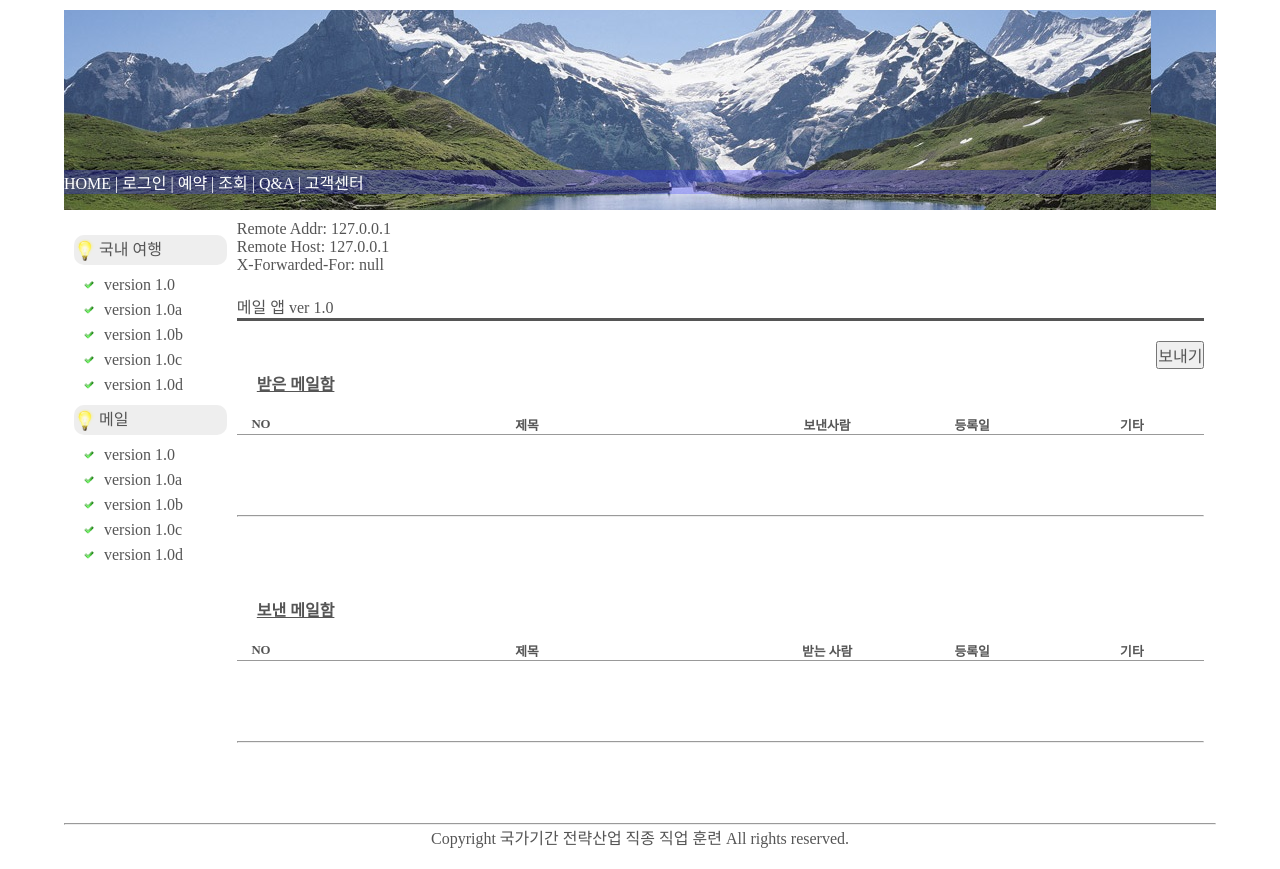
Repository: jangky000/ai_web
Page: http://localhost/blog_v2jc/mail_app/list.jsp
The author's editor kept a copy of each file at every save. The page is drawn from the files as they stood at one save, then again after the next save.
The browser window is 1280 px wide. The pictures show the whole page.
The page is served by Tomcat 9. Other server files are loaded and not shown. Queries for data that is not in the repository find no rows.

Above is the page before, as saved 2020-03-27 06:53:25.

### ws__frame/blog_v2jc/WebContent/mail_app/list.jsp
<%@ page contentType="text/html; charset=UTF-8" %>

<!-- MySQL에서 DBMS에 연결할때 쓰던 import 패키지와 구성이 같다. -->
 <!-- MovieDAO2.java 참조 -->
<%@ page import="java.sql.Connection" %>
<%@ page import=" java.sql.DriverManager" %>
<%@ page import="java.sql.PreparedStatement" %>
<%@ page import="java.sql.ResultSet" %>
<%@ page import="java.sql.SQLException" %>

<%
request.setCharacterEncoding("utf-8");
String root = request.getContextPath();
%>

<%
// 필요 변수 선언
Connection con = null;              // DBMS 연결
PreparedStatement pstmt = null; // SQL 실행
ResultSet rs = null;                   // SELECT 결과를 저장
StringBuffer sql = null;              // SQL 문장
int count = 0;                         // 처리된 레코드 갯수

// MYSQL
// String className = "org.gjt.mm.mysql.Driver"; // MySQL 연결 Driver
// String url = "jdbc:mysql://172.16.12.4:3306/javadb?useUnicode=true&characterEncoding=euckr"; //데이터베이스 javadb 사용

//Oracle, jdbc 연결
String className = "oracle.jdbc.driver.OracleDriver"; // Oracle 연결 Driver
String url = "jdbc:oracle:thin:@127.0.0.1:1521:XE"; //XE -> soldesk 등으로 달라질 수 있다.

String user = "ai6";
String password = "1234";
%>

<!DOCTYPE html>
<html lang="ko">
<head>
<meta charset="UTF-8">
<title>메일 앱</title>
<link href="<%=root%>/css/style.css" rel="Stylesheet" type="text/css">
</head>
<body>
<jsp:include page="/menu/top.jsp" flush='false' />

<%
out.print("<p>Remote Addr: " + request.getRemoteAddr() + "</p>");
out.print("<p>Remote Host: " + request.getRemoteHost() + "</p>");
out.print("<p>X-Forwarded-For: " + request.getHeader("x-forwarded-for") + "</p>");
%>

  <div class="title_line">메일 앱 ver 1.0</div>
  <div class="sub_menu">
    <button type="button" onclick="location.href='./create_form.jsp'">보내기</button>
  </div>
  <table class="table_basic">
    <caption style="text-align: left; margin: 0 0 20px 20px; text-decoration: underline;"><h2>받은 메일함</h2></caption>
    <colgroup>
      <col style="width: 5%;">
      <col style="width: 50%;">
      <col style="width: 12%;">
      <col style="width: 18%;">
      <col style="width: 15%;">
    </colgroup>
    <thead>
      <tr>
        <th class="th_basic">NO</th>
        <th class="th_basic">제목</th>
        <th class="th_basic">보낸사람</th>
        <th class="th_basic">등록일</th>
        <th class="th_basic">기타</th>
      </tr>
    </thead>
    <tbody>
      <%
      try {
        Class.forName(className);
        con = DriverManager.getConnection(url, user, password );

        sql = new StringBuffer();
        sql.append(" SELECT mailno, title, content, mail_from, mail_to, rdate");
        sql.append(" FROM mail_app");
        sql.append(" ORDER BY mailno DESC");

        pstmt = con.prepareStatement(sql.toString());

        rs = pstmt.executeQuery(); // SELECT문 실행: executeQuery() : return ResultSet 타입

        int n = 0;
        while(true) {
          if(rs.next() == true) {
            System.out.println(rs.getInt("mailno"));
            %>
            <tr>
              <td class="td_basic"><%= rs.getInt("mailno")%></td>
              <td class="td_left"><a href="./read.jsp?mailno=<%= rs.getInt("mailno")%>"><%= rs.getString("title")%></a></td>
              <td class="td_basic"><%= rs.getString("mail_from")%></td>
              <td class="td_basic"><%= rs.getString("rdate")%></td>
              <td class="td_basic">수정/삭제</td>
            </tr>
            <%
          }
          else {
            break;
          }
        }

      } catch (SQLException e) {
        System.out.println("SQL 실행 중 예외 발생");
        e.printStackTrace();
      } catch (ClassNotFoundException e) {
        System.out.println("JDBC 드라이버가 없습니다.");
        e.printStackTrace();
      } finally {
        try{ if (rs != null){ rs.close(); } }catch(Exception e){ }
        try{ if (pstmt != null){ pstmt.close(); } }catch(Exception e){ }
        try{ if (con != null){ con.close(); } }catch(Exception e){ }
      }
      %>
    </tbody>
  </table>

  <hr style="margin: 80px 0;">

  <table class="table_basic">
    <caption style="text-align: left; margin: 0 0 20px 20px; text-decoration: underline;"><h2>보낸 메일함</h2></caption>
    <colgroup>
      <col style="width: 5%;">
      <col style="width: 50%;">
      <col style="width: 12%;">
      <col style="width: 18%;">
      <col style="width: 15%;">
    </colgroup>
    <thead>
      <tr>
        <th class="th_basic">NO</th>
        <th class="th_basic">제목</th>
        <th class="th_basic">받는 사람</th>
        <th class="th_basic">등록일</th>
        <th class="th_basic">기타</th>
      </tr>
    </thead>
    <tbody>
      <%
      try {
        Class.forName(className);
        con = DriverManager.getConnection(url, user, password );

        sql = new StringBuffer();
        sql.append(" SELECT mailno, title, content, mail_from, mail_to, rdate");
        sql.append(" FROM mail_app");
        sql.append(" ORDER BY mailno DESC");

        pstmt = con.prepareStatement(sql.toString());

        rs = pstmt.executeQuery(); // SELECT문 실행: executeQuery() : return ResultSet 타입

        int n = 0;
        while(true) {
          if(rs.next() == true) {
            System.out.println(rs.getInt("mailno"));
            %>
            <tr>
              <td class="td_basic"><%= rs.getInt("mailno")%></td>
              <td class="td_left"><a href="./read.jsp?mailno=<%= rs.getInt("mailno")%>"><%= rs.getString("title")%></a></td>
              <td class="td_basic"><%= rs.getString("mail_from")%></td>
              <td class="td_basic"><%= rs.getString("rdate")%></td>
              <td class="td_basic">수정/삭제</td>
            </tr>
            <%
          }
          else {
            break;
          }
        }

      } catch (SQLException e) {
        System.out.println("SQL 실행 중 예외 발생");
        e.printStackTrace();
      } catch (ClassNotFoundException e) {
        System.out.println("JDBC 드라이버가 없습니다.");
        e.printStackTrace();
      } finally {
        try{ if (rs != null){ rs.close(); } }catch(Exception e){ }
        try{ if (pstmt != null){ pstmt.close(); } }catch(Exception e){ }
        try{ if (con != null){ con.close(); } }catch(Exception e){ }
      }
      %>
    </tbody>
  </table>

 <hr style="margin: 80px 0;">

<jsp:include page="/menu/bottom.jsp" flush='false' />
</body>
</html>
</html>

### ws__frame/blog_v2jc/WebContent/menu/top.jsp
<%@ page contentType="text/html; charset=UTF-8" %>
<!-- jsp: include를 사용했기 때문에 root로 인한 충돌이 발생하지 않는다. -->
<% String root = request.getContextPath(); %>

<DIV class='container'>
  <DIV class='top_img'>
    <NAV class="top_menu">
      <a href="<%=root %>" class="menu_link">HOME</a> | 로그인 | 예약 | 조회 | Q&A | 고객센터
    </NAV>
  </DIV>

  <DIV style='margin-top: 10px;'> <!-- 좌측 메뉴 + 내용 시작 -->
    <DIV class='left_menu'> <!--  좌측 메뉴 시작 -->
      <div class="li_left_menu_1" >국내 여행</div>
      <UL>
         <!-- 모든 위치에서 동일한 주소를 찾아야하므로, 절대 경로로 설정 -->
        <LI class="li_left_menu_2"><a href="<%= request.getContextPath() %>/notice1/list.jsp">version 1.0</a></LI>
        <LI class="li_left_menu_2"><a href="<%= request.getContextPath() %>/notice1a/list.jsp">version 1.0a</a></LI>
        <LI class="li_left_menu_2"><a href="<%= request.getContextPath() %>/notice1b/list.jsp">version 1.0b</a></LI>
        <LI class="li_left_menu_2"><a href="<%= request.getContextPath() %>/notice1c/list.jsp">version 1.0c</a></LI>
        <LI class="li_left_menu_2"><a href="<%= request.getContextPath() %>/notice1d/list.jsp">version 1.0d</a></LI>
      </UL>
      <!-- br을 쓰는 것보다 margin으로 여백을 주는 것이 낫다 -->
      <div class="li_left_menu_1">메일</div>
      <UL>
        <LI class="li_left_menu_2"><a href="<%= request.getContextPath() %>/mail_app/list.jsp">version 1.0</a></LI>
        <LI class="li_left_menu_2"><a href="<%= request.getContextPath() %>/mail_app1a/list.jsp">version 1.0a</a></LI>
        <LI class="li_left_menu_2"><a href="<%= request.getContextPath() %>/mail_app1b/list.jsp">version 1.0b</a></LI>
        <LI class="li_left_menu_2"><a href="<%= request.getContextPath() %>/mail_app1c/list.jsp">version 1.0c</a></LI>
        <LI class="li_left_menu_2"><a href="<%= request.getContextPath() %>/mail_app1d/list.jsp">version 1.0d</a></LI>
      </UL>

    </DIV>  <!--  좌측 메뉴 종료 -->

    <DIV class='content_body'> <!--  내용 시작 -->

### ws__frame/blog_v2jc/WebContent/menu/bottom.jsp
<%@ page contentType="text/html; charset=UTF-8" %>

    </DIV> <!-- 내용 종료 -->
  </DIV> <!-- 좌측 메뉴 + 내용 종료 -->

  <!-- 화면 하단 메뉴 -->
  <DIV class='copyright'>
    <HR>
    Copyright 국가기간 전략산업 직종 직업 훈련 All rights reserved.
  </DIV>

</DIV> <!-- 컨테이너 종료 -->

### ws__frame/blog_v2jc/WebContent/css/style.css
/* ver 0.2 */
/* 모든 태그에 적용 */
  *{
     font-family: Malgun Gothic;
     font-size: 16px;
     margin: 0px;  /* top right bottom left */
     padding: 0px;
     color: #555555;
  }

  .container {
    width: 90%;
    margin: 10px auto;
  }

  /*
  이미지 경로 지정
  권장하지 않는 방법(절대경로): background-image: url('/blog_v2jc/css/images/top_image.jpg');
  권장하는 방법(상대경로): background-image: url('./images/top_image.jpg');
  style.css 파일이 include(link)되는 폴더를 현재 폴더로 인식함
  /blog_v2jc/css/style.css에서 사용
  /blog_v2jc/css/images/top_image.jpg 인식
   */
  .top_img {
    width: 100%;
    height: 200px;
    /* background-image: url('/blog_v2jc/menu/images/top_image.jpg'); */
    background-image: url('./images/top_image.jpg');
  }

  .top_menu {
    position: relative;  /* 부모 태그 기준 화면 상단 기준 */
    top: 80%;
    /* left: 2px;  */
    background-color: rgba(50, 50, 255, 0.3);
    color: white;
  }

  .left_menu {
    width: 15%;
    float: left;
  }

  .content_body {
    width: 84%;
    float: left;
  }

  .content_bottom {

  }

  .bottom_menu {
    text-align: center;
    margin: 20px auto;
    clear: both;
  }

  .copyright {
    text-align: center;
    margin: 20px auto; /* 블럭 가운데 정렬 */
    clear: both; /*  float: left; 해제 float 효과를 제거 */
  }

  .li_warning{/* 경고 메시지 */
    list-style: none;
    margin: 15px 10px;
    color: #ff6600;
  }

  .li_error{ /* 에러 메시지 */
    list-style: none;
    margin: 15px 10px;
    color: #FF0000;
  }

  .li_none{
    list-style: none;
    margin: 15px 10px;
  }

  .fieldset_basic{
    width:90%;
    margin:10px auto;
    border-top: none;
    border-right: none;
    border-bottom: none;
    border-left: none;
    padding: 10px;
  }

  .legend_basic{
    margin-left:30px;
    border:solid 1px #999999;
    background-color: #A6C2FF;
    color:#FFFFFF;
  }

  input:focus {outline:none;}
  .input_basic{
    border-top: none;
    border-right: none;
    border-bottom: solid 1px #999999;
    border-left: none;
  }

  .title_line{
    text-align:left;
    /* text-decoration: underline; */
    border-bottom: solid 3px #555555;
    width: 100%;
    margin: 20px auto;

  }

  .sub_menu{
    text-align: right;
    width: 100%;
  }

  .table_basic{
    border-collapse: collapse; /* 셀 합치기 */
    margin: 2px auto;
    width: 100%;
  }

  /*
    1em 기본값: 16px, 주변 태그의 글자 크기를 1em으로 인식
    div 태그가 20px일 경우 자식 태그가 0.5em이면 최종적으로 10px이 적용됨.
  */
  .th_basic{
    font-size: 0.8em;
    border-bottom: solid 1px #999999;
  }

  .td_basic{
    background-color: #ffffff;

    border-top: none;
    border-right: none;
    border-bottom: solid 1px #dddddd;
    border-left: none;

    text-align: center;
  }

  .td_left{
    background-color: #ffffff;

    border-top: none;
    border-right: none;
    border-bottom: solid 1px #dddddd;
    border-left: none;

    text-align: left;
  }

  A:link{  /* 방문전 상태 */
    text-decoration: none; /* 밑줄 삭제 */
    color: #555555;
  }

  A:visited{  /* 방문후 상태 */
    text-decoration: none; /* 밑줄 삭제 */
    color: #555555;
  }

  A:hover{  /* A 태그에 마우스가 올라간 상태 */
    text-decoration: underline; /* 밑줄 출력 */
    color: #7777FF;
  }

  A:active{  /* A 태그를 클릭한 상태 */
    text-decoration: underline; /* 밑줄 출력 */
    color: #7777FF;
  }

  /* top menu */
  .menu_link:link{  /* 방문전 상태 */
    text-decoration: none; /* 밑줄 삭제 */
    color: white;
  }

  .menu_link:visited{  /* 방문후 상태 */
    text-decoration: none; /* 밑줄 삭제 */
    color: white;
  }

  .menu_link:hover{  /* A 태그에 마우스가 올라간 상태 */
    text-decoration: underline; /* 밑줄 출력 */
    color: white;
    /* font-weight: bold; */
  }

  .menu_link:active{  /* A 태그를 클릭한 상태 */
    text-decoration: underline; /* 밑줄 출력 */
    color: white;
  }

  .content_title{
    border-top: none;
    border-right: none;
    border-bottom: solid 1px #999999;
    border-left: none;

    margin-bottom: 20px;
  }

  .content_bottom{
    border-top: none;
    border-right: none;
    border-bottom: none;
    border-left: none;
    margin: 20px 0;
    text-align: right;
    font-size: 0.8em;
  }

  .li_left_menu_1{/* 화면 좌측 대분류 */
    list-style: none;
    margin: 15px 10px;
    background: url(./images/li_left_menu_1.png) left center no-repeat; /* url 왼쪽 중간 반복x */
    background-color:#eeeeee;
    border-radius:10px;
    background-size: 22px;
    padding-left: 25px;
    line-height: 30px;
  }

  .li_left_menu_2{/* 화면 좌측 중분류 */
    list-style: none;
    margin: 15px 10px;
    background: url(./images/li_left_menu_2.png) left center no-repeat; /* url 왼쪽 중간 반복x */
    background-size: 10px;
    margin-left: 20px;
    padding-left: 20px;
    line-height: 10px;
  }

After the next save:
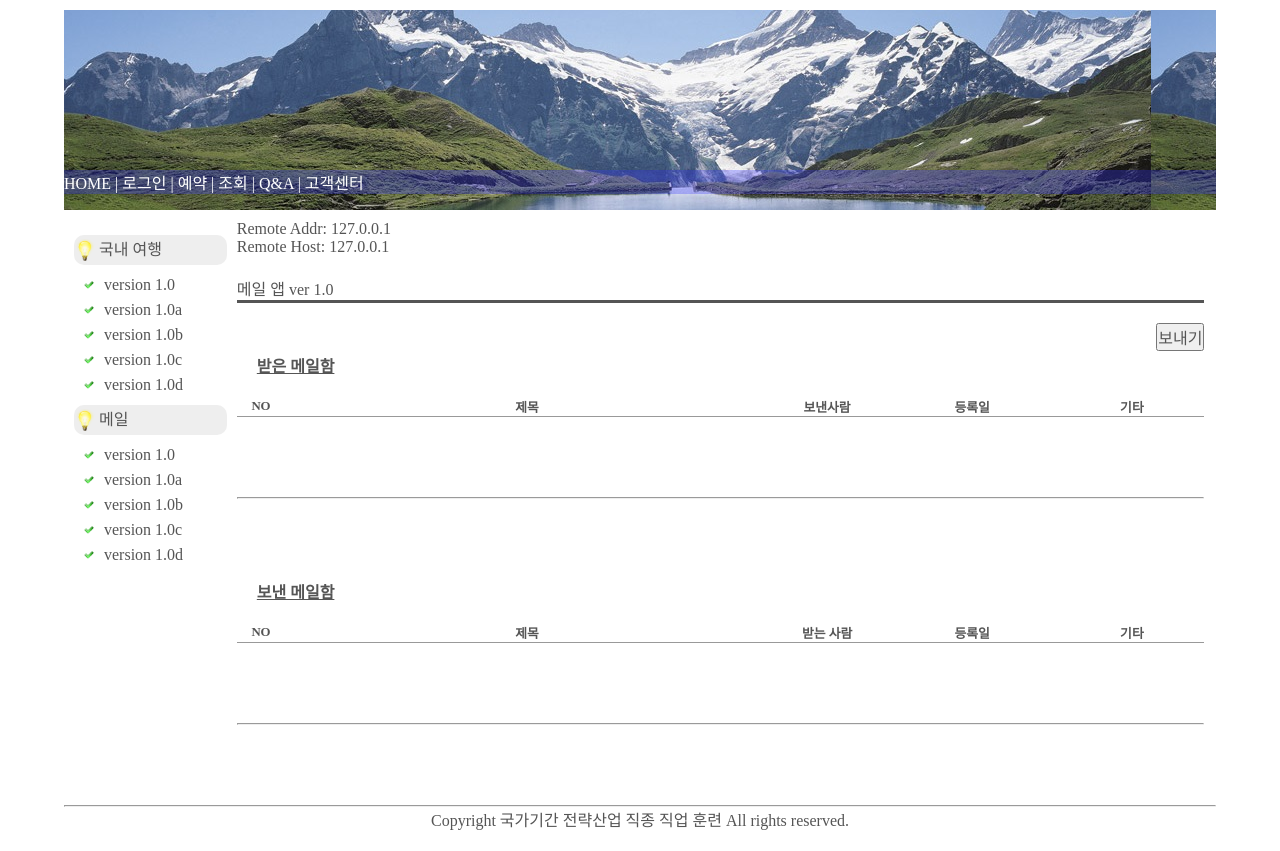
Saved 114 s later.
--- a/ws__frame/blog_v2jc/WebContent/mail_app/list.jsp
+++ b/ws__frame/blog_v2jc/WebContent/mail_app/list.jsp
@@ -46,7 +46,7 @@ String password = "1234";
 <%
 out.print("<p>Remote Addr: " + request.getRemoteAddr() + "</p>");
 out.print("<p>Remote Host: " + request.getRemoteHost() + "</p>");
-out.print("<p>X-Forwarded-For: " + request.getHeader("x-forwarded-for") + "</p>");
+/* out.print("<p>X-Forwarded-For: " + request.getHeader("x-forwarded-for") + "</p>"); */
 %>
 
   <div class="title_line">메일 앱 ver 1.0</div>
